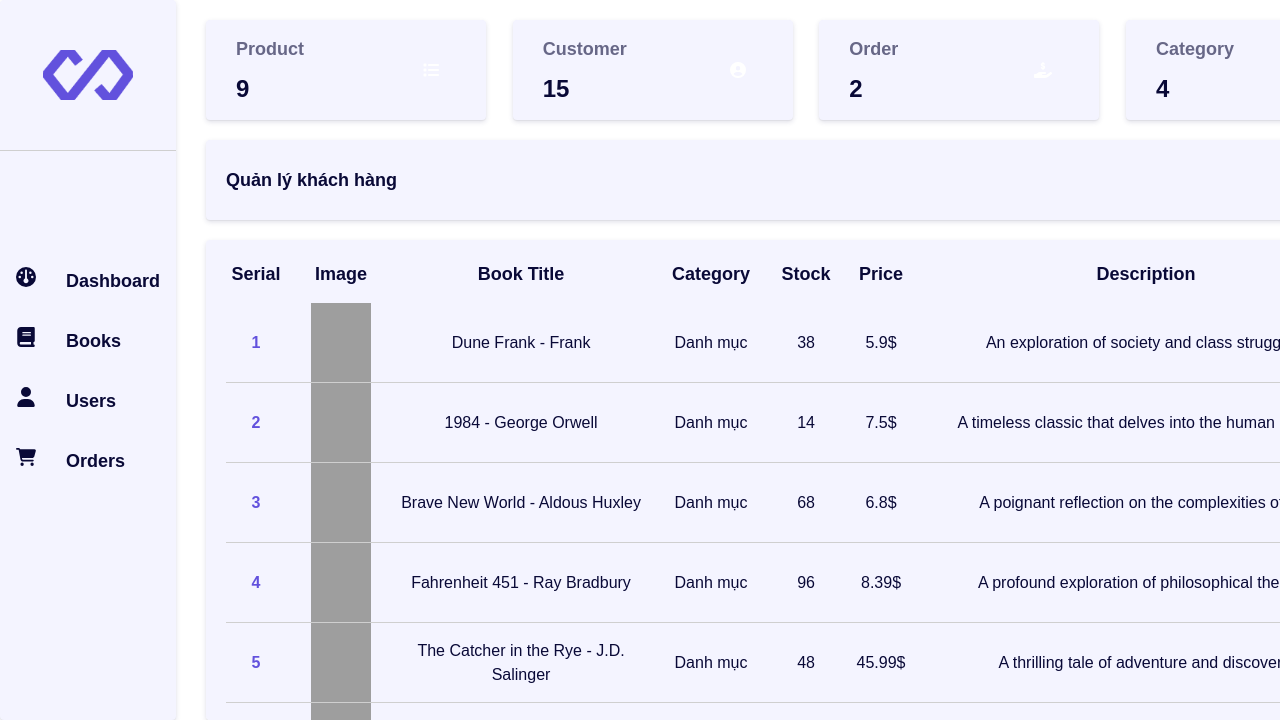
Repository: kauittt/BookStore_FE
Page: / (app in book-store/)
The author's editor kept a copy of each file at every save. The page is drawn from the files as they stood at one save, then again after the next save.
The browser window is 1280 px wide. The pictures show the whole page.
Pictures or frames that could not be fetched are drawn as grey boxes. An inner scrolling area shows only its first screen. The project was rebuilt for these pictures with package versions that can differ from the ones it lists, and the page was loaded fresh each time. Also part of the build but not shown: book-store/vite.config.js, book-store/src/components/elements/FormInput.jsx, book-store/src/components/login-signup/Login.jsx, book-store/src/components/book/BookItem.jsx, book-store/src/components/book/BookList.jsx, book-store/src/components/elements/BackNavigation.jsx, book-store/src/components/book/BookDetail.jsx, book-store/src/components/cart/QuantitySelector.jsx and 5 more.

Above is the page before, as saved 2024-07-20 14:11:09.

After the next save:
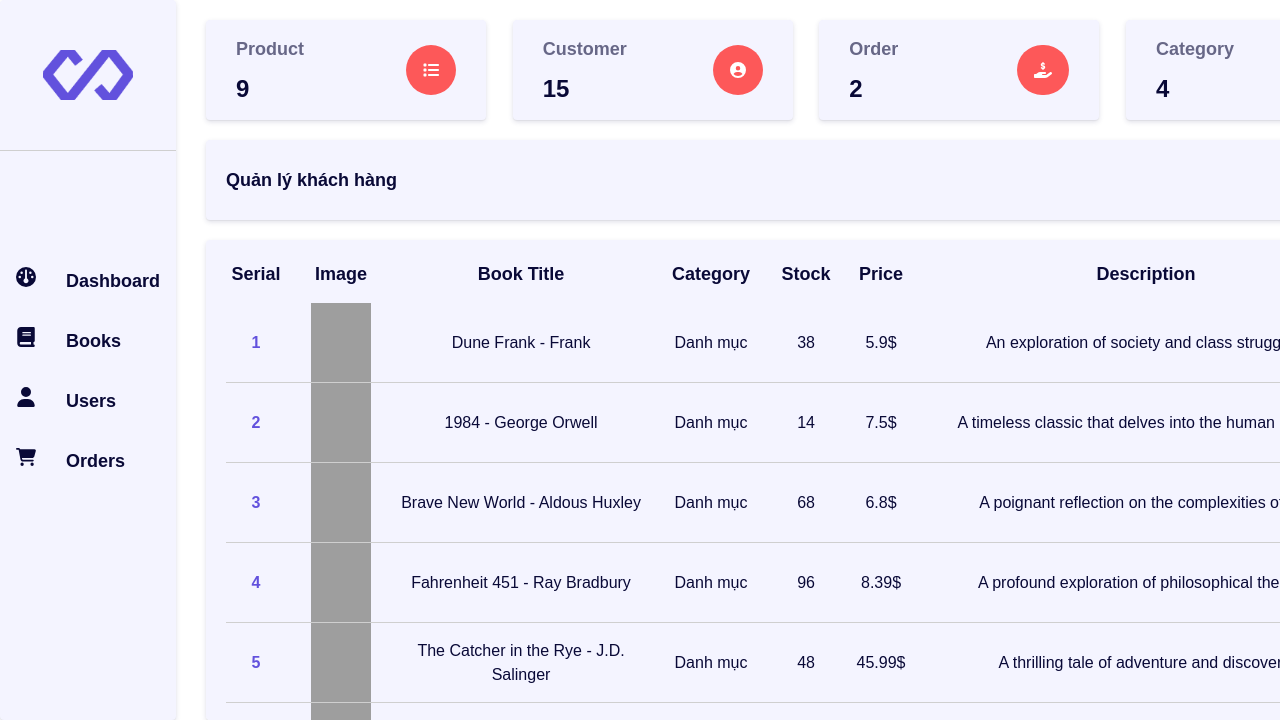
Saved 19 s later.
--- a/book-store/src/components/elements/Card.jsx
+++ b/book-store/src/components/elements/Card.jsx
@@ -23,7 +23,7 @@
             </div>
             <FontAwesomeIcon
                 className={`p-[17px] rounded-full
-             bg-[${props.color}] text-text-white`}
+             bg-[#FD5859] text-text-white`}
                 icon={props.icon}
             />
             {/* <FontAwesomeIcon icon={faCartShopping} />

After the save that followed:
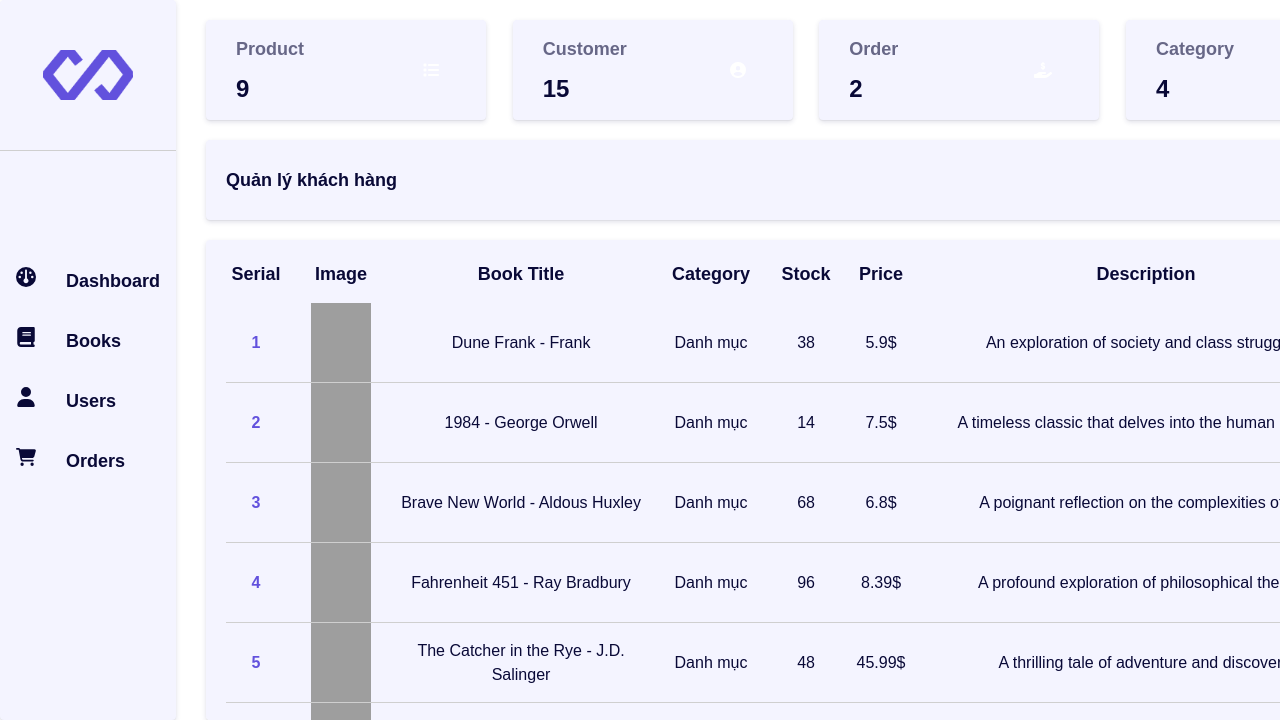
Saved 21 s later.
--- a/book-store/src/components/elements/Card.jsx
+++ b/book-store/src/components/elements/Card.jsx
@@ -23,7 +23,7 @@
             </div>
             <FontAwesomeIcon
                 className={`p-[17px] rounded-full
-             bg-[#FD5859] text-text-white`}
+             bg-${props.color} text-text-white`}
                 icon={props.icon}
             />
             {/* <FontAwesomeIcon icon={faCartShopping} />
